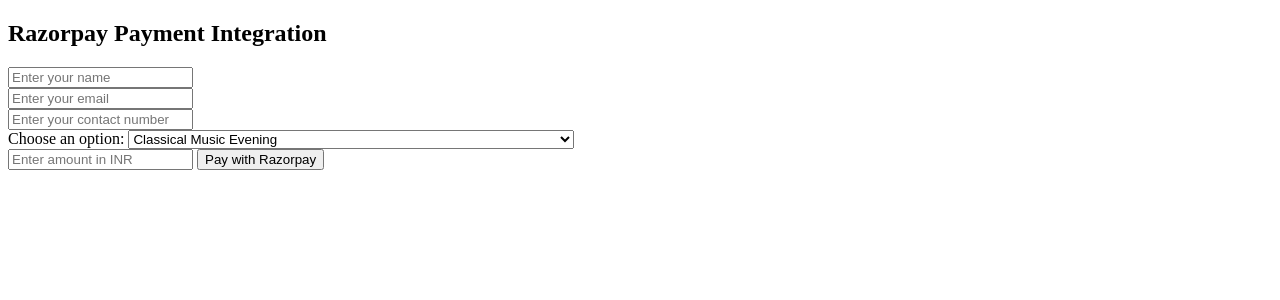
Repository: SharonSebastian32/razorpaypaymentgateway_implementation
Page: checkout.html
The author's editor kept a copy of each file at every save. The page is drawn from the files as they stood at one save, then again after a run of saves.
The browser window is 1280 px wide. The pictures show the whole page.

Above is the page before, as saved 2024-08-08 20:14:05.

After the next 3 saves:
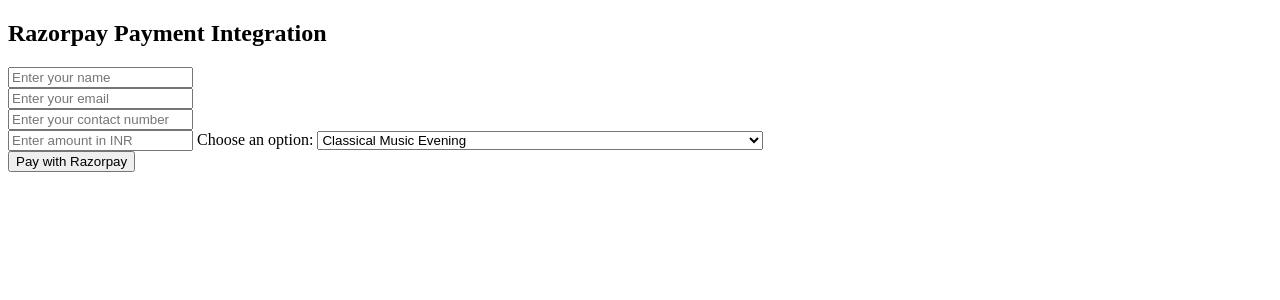
The 3 saves are shown as one change because they came seconds apart.
The last was saved 5 min 31 s later.
--- a/checkout.html
+++ b/checkout.html
@@ -19,23 +19,19 @@
         required
       />
       <br />
-
-      <label for="choices">Choose an option:</label>
-      <select id="choices" name="choices">
-
-
-
-        <!-- Options will be dynamically generated here -->
-      </select>
-
-      <br />
-
       <input
         type="text"
         id="amount"
         placeholder="Enter amount in INR"
         required
       />
+
+      <label for="choices">Choose an option:</label>
+      <select id="choices" name="choices">
+        <!-- Options will be dynamically generated here -->
+      </select>
+
+      <br />
 
       <button id="rzp-button1" type="submit">Pay with Razorpay</button>
     </form>
@@ -45,6 +41,5 @@
 
     <!--------------------------razorpayScript ---------------------->
     <script src="https://checkout.razorpay.com/v1/checkout.js"></script>
-
   </body>
 </html>
